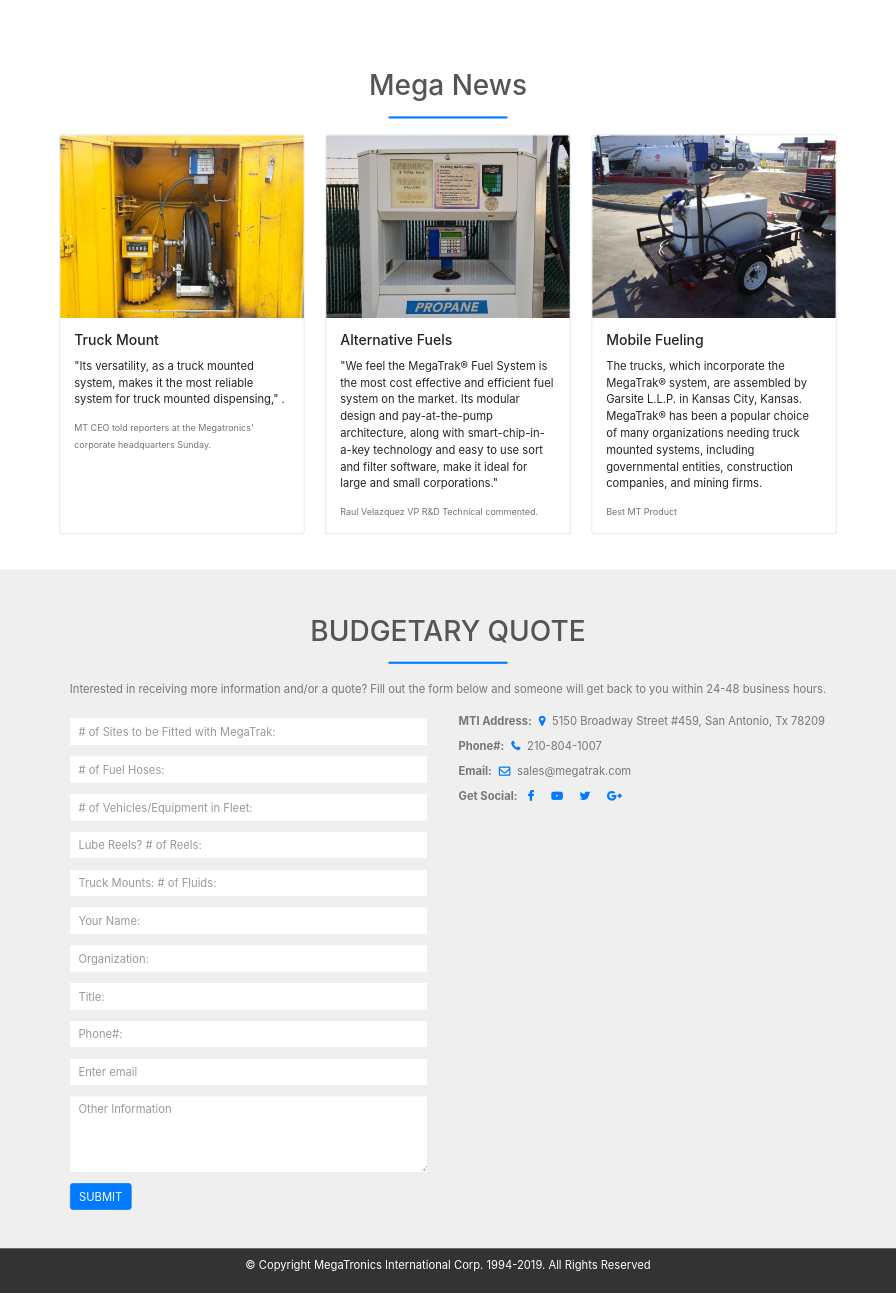
Repository: navegantemx/MegaTrak-Milestone-Project
Page: index.html
The author's editor kept a record of every edit. The page is drawn from the files as they stood at one moment, then again after the next edit.
The browser window is 1280 px wide. The pictures show the part of the page from y = 2625 to 4545 px (the page is 4473 px tall before and 4545 px after), at 70% of full size.
Backgrounds fixed to the window are drawn as part of the page.

Above is the page before.

After the next edit:
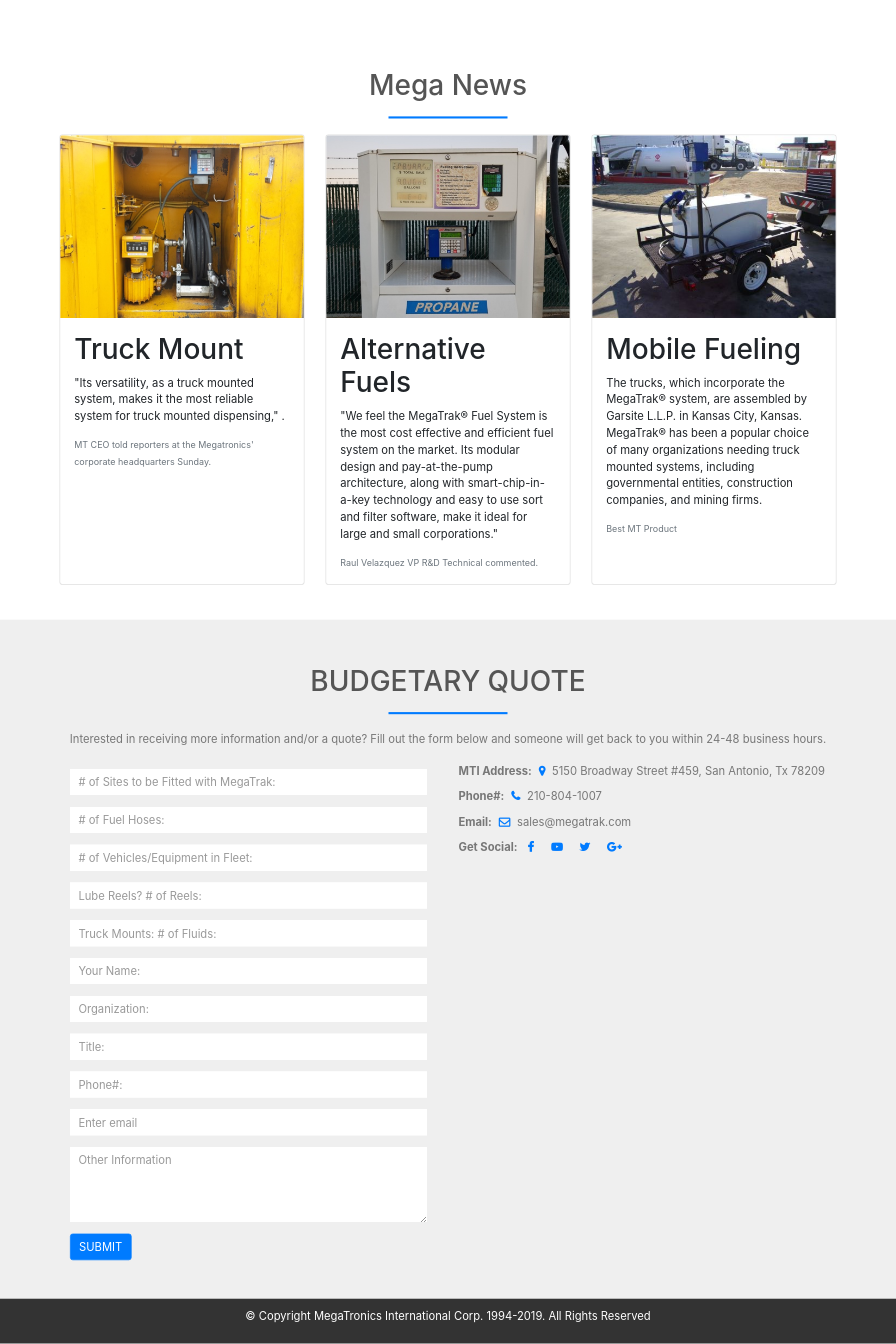
The edit:
--- a/assets/css/style.css
+++ b/assets/css/style.css
@@ -323,3 +323,10 @@
     color: #fff;
     padding: 12px;
 }
+
+/* -------------------------------------title----- */
+
+@media screen and (min-width: 480px) {
+  h5 {font-size: 2.5em;
+  }
+}
